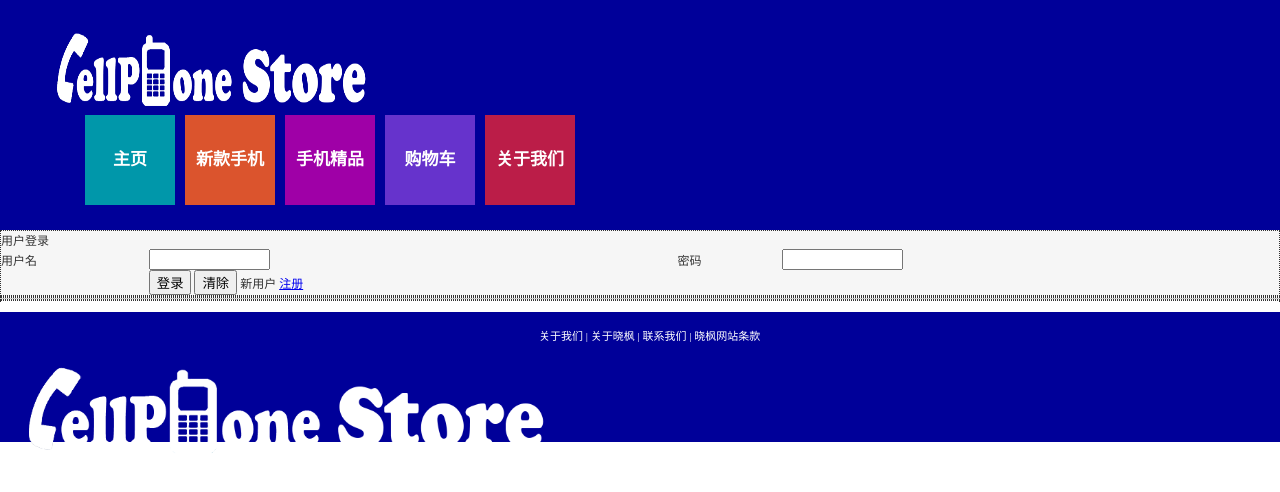
Repository: Jefsky/phonemarket
Page: http://localhost/phonemarket/user/index.jsp
An editor plug-in stored every save of this project. The page is shown before and after the next save, followed by the edit.
The browser window is 1280 px wide. The pictures show the whole page.
The page is served by Tomcat 9. Queries for data that is not in the repository find no rows.

Above is the page before, as saved 2014-06-26 01:54:46.

After the next save:
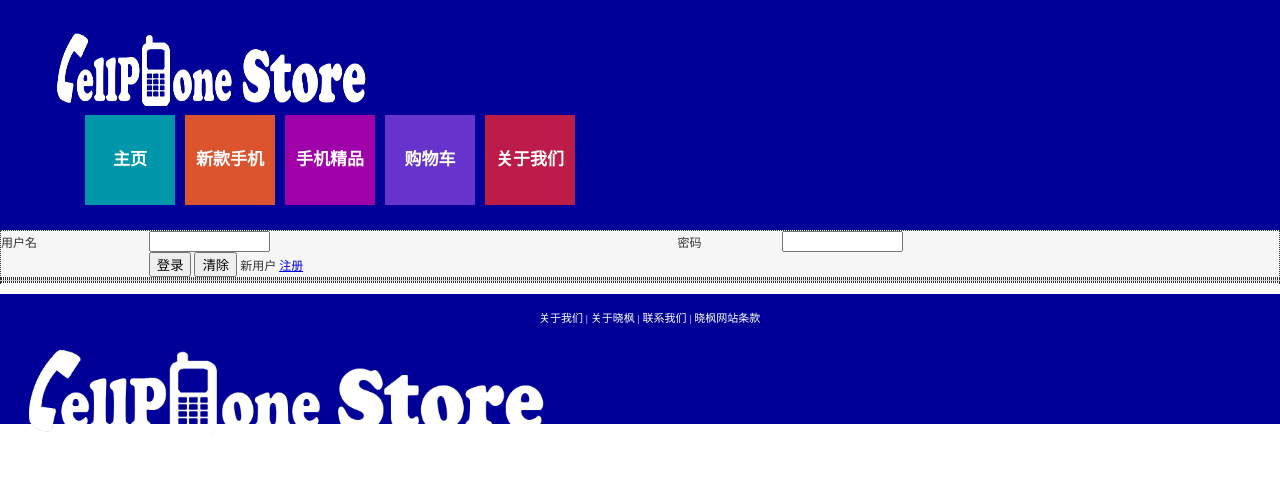
Saved 27 s later.
--- a/phonemarket/phonemarket/WebContent/user/login.jsp
+++ b/phonemarket/phonemarket/WebContent/user/login.jsp
@@ -37,9 +37,6 @@
 <form name="loginform" action="/phonemarket/QueryByIdPwServlet" method="post" onsubmit="return CheckSubmit(this)">
 	<table width="100%" border="0" cellpadding="0" cellspacing="0" bgcolor="#f6f6f6" class="td">
 		<tr>
-			<td colspan="3">用户登录</td>
-		</tr>
-		<tr>
 			<td>用户名</td>
 			<td><input name="userid" type="text" class="formtext" size="12"></td>
 			<td >密码</td>
